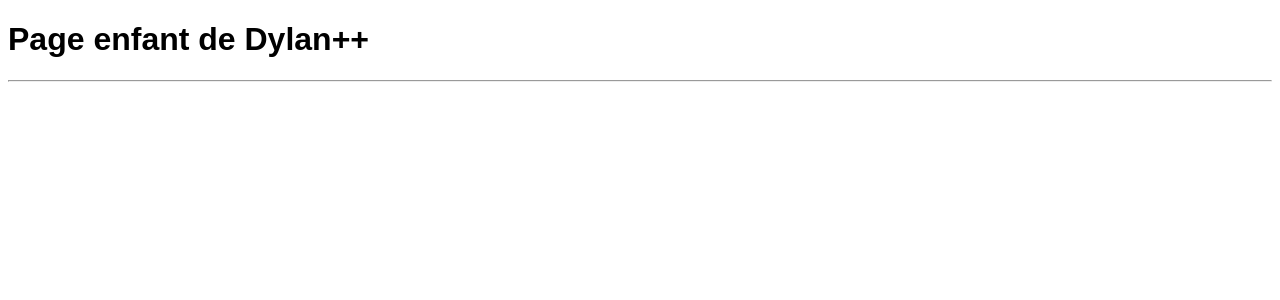
Repository: DylanCahu/cookie
Page: http://localhost/enfant.php
An editor plug-in stored every save of this project. The page is shown before and after the next save, followed by the edit.
The browser window is 1280 px wide. The pictures show the whole page.
The page is run by PHP 8.4 with error messages shown; the project is at /var/www/html/.

Above is the page before, as saved 2021-12-10 14:36:08.

After the next save:
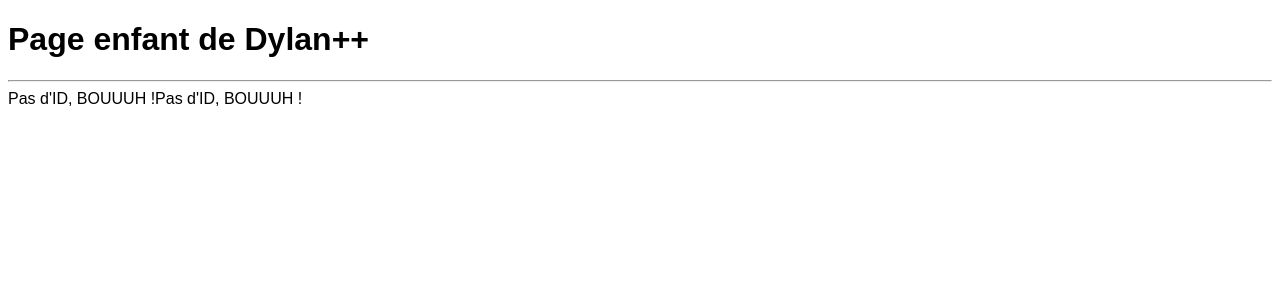
Saved 54 s later.
--- a/enfant.php
+++ b/enfant.php
@@ -12,6 +12,17 @@ body	{	font-family	:	Arial	;
     <body>
         <h1>Page enfant de Dylan++</h1>
         <hr>
-
+        <?php
+if (isset($_COOKIE['numClient'])) {
+    echo "<h3>Votre ID est: " . $_COOKIE['numClient'] . " ";
+    $id = $_COOKIE['numClient'];}
+else {echo "Pas d'ID, BOUUUH !";
+    $id = 0;}
+if (isset($_GET['numClient'])) {
+        echo "<h3>Votre ID est: " . $_GET['numClient'] . " ";
+        $id = $_COOKIE['numClient'];}
+    else {echo "Pas d'ID, BOUUUH !";
+        $id = 0;}
+?>
     </body>
 </html>
